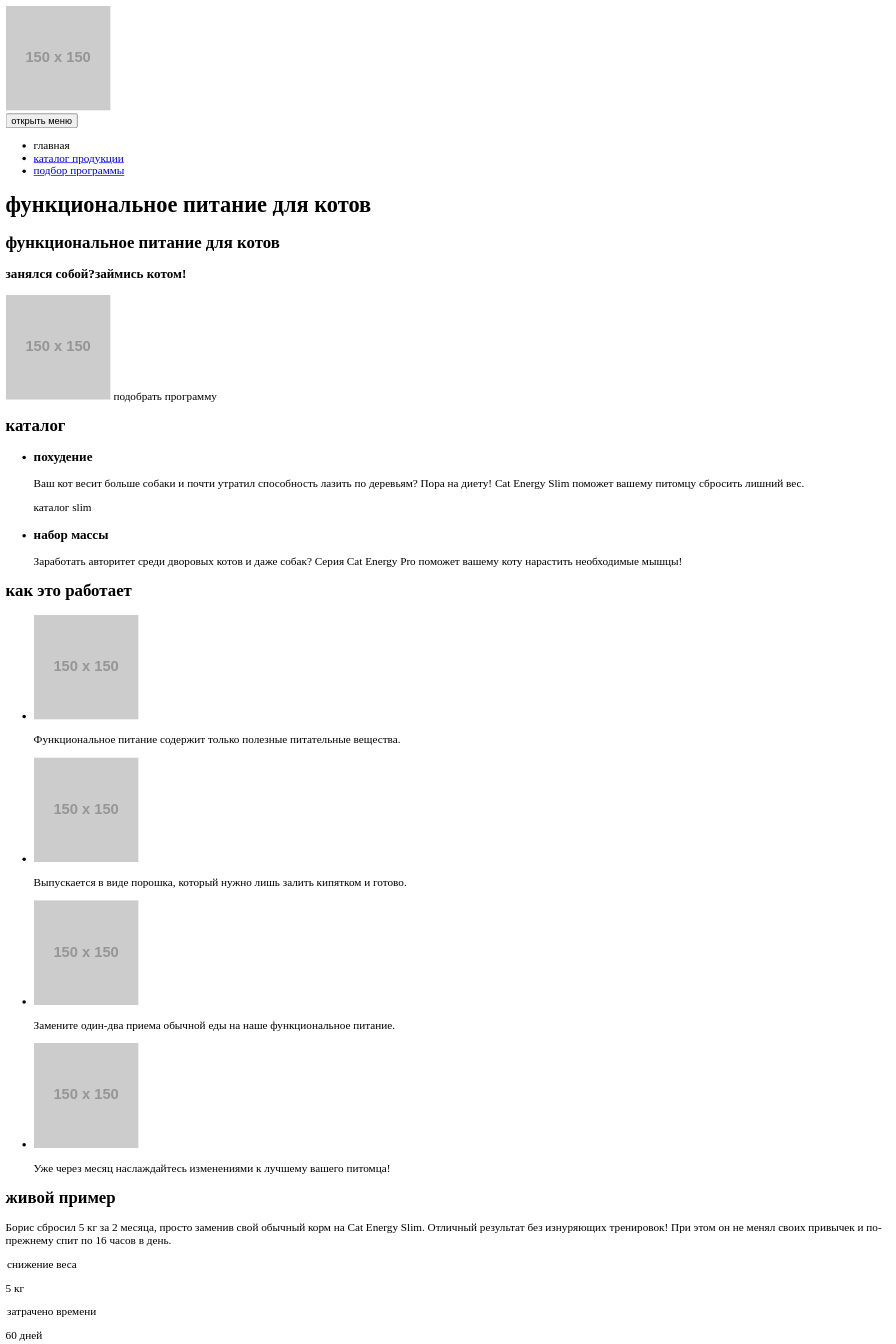
Repository: svetlana2885/1411135-cat-energy-20
Page: source/index.html
An editor plug-in stored every save of this project. The page is shown before and after the next save, followed by the edit.
The browser window is 1280 px wide. The pictures show the part of the page from y = 0 to 1920 px (the page is 2767 px tall before and 2707 px after), at 70% of full size.

Above is the page before, as saved 2020-07-20 06:56:03.

### source/index.html
<!DOCTYPE html>
<html class="page" lang="ru">
  <head>
    <meta charset="UTF-8" />
    <title>Cat energy</title>
  </head>
  <body class="page__body">
    <header class="page-header">
      <div class="logo">
        <a class="page-header__logo">
          <img
            class="pade-header__img"
            src="src=https://via.placeholder.com/150x150"
            alt="логотип"
          />
        </a>
      </div>
      <nav class="main-nav">
        <button class="main-nav__toggle" type="button">
          <span class="visually-hidden"> открыть меню </span>
        </button>
        <div class="main-nav__wrapper">
          <ul class="main-nav__list site-list">
            <li class="site-list__item site-list__item--active">
              главная
            </li>
            <li class="site-list__item">
              <a href="catalog.html">
                каталог продукции
              </a>
            </li>
            <li class="site-list__item">
              <a href="form.html">
                подбор программы
              </a>
            </li>
          </ul>
        </div>
      </nav>
    </header>
    <main class="page-main">
      <h1 class="visually-hidden">функциональное питание для котов</h1>
      <section class="promo">
        <h2 class="promo__text">функциональное питание для котов</h2>
        <h3 class="promo__caption">занялся собой?займись котом!</h3>
        <img class="promo__img" src="src=https://via.placeholder.com/150x150" alt="логотип" />
        <a class="promo__button">подобрать программу</a>
      </section>
      <section class="catalog">
        <h2 class="visually-hidden">каталог</h2>
        <ul class="catalog-list">
          <li class="catalog__tem catalog__tem--slim">
            <h3 class="catalog__title">похудение</h3>
            <p class="catalo__discription">
              Ваш кот весит больше собаки и почти утратил способность лазить по деревьям? Пора на
              диету! Cat Energy Slim поможет вашему питомцу сбросить лишний вес.
            </p>
            <a class="catalo__link">каталог slim</a>
          </li>
          <li class="catalog__tem advatage__item--weight">
            <h3 class="catalog__title">набор массы</h3>
            <p class="catalo__discription">
              Заработать авторитет среди дворовых котов и даже собак? Серия Cat Energy Pro поможет
              вашему коту нарастить необходимые мышцы!
            </p>
            <a class="catalo__link" каталог pro></a>
          </li>
        </ul>
      </section>
      <section class="advantages">
        <h2 class="advantages__title">как это работает</h2>
        <ul class="advantage__list">
          <li class="advantage__item">
            <img
              class="advantage__item--img"
              src="rc=https://via.placeholder.com/150x150"
              alt="лист"
            />
            <p class="advantage__item--text">
              Функциональное питание содержит только полезные питательные вещества.
            </p>
          </li>
          <li class="advantage-item">
            <img src="rc=https://via.placeholder.com/150x150" alt="вода" />
            <p class="advantage__item--text">
              Выпускается в виде порошка, который нужно лишь залить кипятком и готово.
            </p>
          </li>
          <li class="advantage-item">
            <img src="rc=https://via.placeholder.com/150x150" alt="еда" />
            <p class="advantage__item--text">
              Замените один-два приема обычной еды на наше функциональное питание.
            </p>
          </li>
          <li class="advantage-item">
            <img src="rc=https://via.placeholder.com/150x150" alt="время" />
            <p class="advantage__item--text">
              Уже через месяц наслаждайтесь изменениями к лучшему вашего питомца!
            </p>
          </li>
        </ul>
      </section>
      <section class="sample">
        <h2 class="subtitle">живой пример</h2>
        <p class="subtitle__text">
          Борис сбросил 5 кг за 2 месяца, просто заменив свой обычный корм на Cat Energy Slim.
          Отличный результат без изнуряющих тренировок! При этом он не менял своих привычек и
          по-прежнему спит по 16 часов в день.
        </p>
        <legend class="slogan">снижение веса</legend>
        <p class="slogan__text">5 кг</p>
        <legend>затрачено времени</legend>
        <p class="slogan__text">60 дней</p>
        <p class="sloga__subtitle">Затраты на питание: 15 000 РУБ.</p>
        <img class="sampl__img__fat" src="rc=https://via.placeholder.com/150x150" alt="кот" />
        <img class="sample__img__slim" src="rc=https://via.placeholder.com/150x150" alt="кот" />
        <button class="toggle" type="button">было</button>
        <button class="toggle" type="button">стало</button>
      </section>
      <div class="contact">
        <p class="contact__title">приглашаем к сотрудничеству дилеров!</p>
        <p class="contact__text">ул. Большая Конюшенная, д. 19/8 Санкт-Петербург</p>
      </div>
      <div class="map">
        <iframe
          src="https://www.google.com/maps/embed?pb=!1m18!1m12!1m3!1d1998.6037999040354!2d30.322010416394033!3d59.938716271971415!2m3!1f0!2f0!3f0!3m2!1i1024!2i768!4f13.1!3m3!1m2!1s0x4696310fca5ba729%3A0xea9c53d4493c879f!2sBolshaya+Konyushennaya+ul.%2C+19%2C+Sankt-Peterburg%2C+Russia%2C+191186!5e0!3m2!1sen!2s!4v1441888483426"
          allowfullscreen
          title="Офис компании по адресу ул. Большая Конюшенная 19/8, Санкт-Петербург"
        ></iframe>
      </div>
      <footer class="page-footer">
        <div class="page-footer__social">
          <img class="img__logo" src="rc=https://via.placeholder.com/150x150" alt="логотип" />
          <ul class="social__list">
            <li class="social__item">
              <a class="social__link social__link--vkontakte" href="https://vk.com/htmlacademy"
                >Мы в Вконтакте</a
              >
            </li>
            <li class="social__item">
              <a
                class="social__link social__link--facebook"
                href="https://www.facebook.com/htmlacademy"
                >Мы в Фейсбуке</a
              >
            </li>
            <li class="social__item">
              <a
                class="social__link social__link--instagram"
                href="https://www.instagram.com/htmlacademy"
                >Мы в Инстаграме</a
              >
            </li>
          </ul>
        </div>
        <div class="page-footer__copyright copyright">
          <a class="copyright__link" href="https://htmlacademy.ru/intensive/adaptive"
            >HTML Academy</a
          >
          <img class="copyright__img" src="rc=https://via.placeholder.com/150x150" alt="логотип" />
        </div>
      </footer>
    </main>
  </body>
</html>

After the next save:
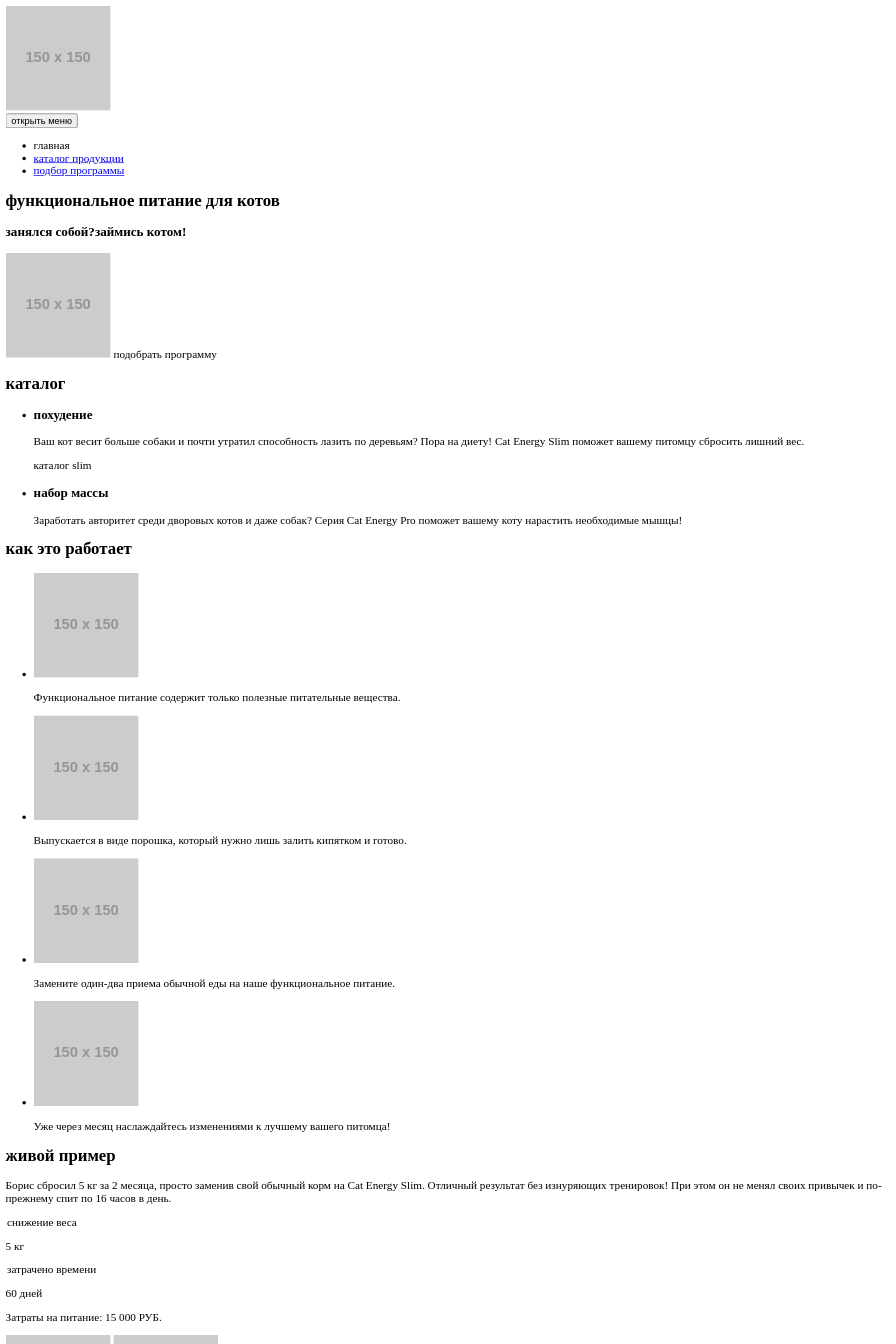
Saved 5 min 35 s later.
--- a/source/index.html
+++ b/source/index.html
@@ -39,9 +39,8 @@
       </nav>
     </header>
     <main class="page-main">
-      <h1 class="visually-hidden">функциональное питание для котов</h1>
       <section class="promo">
-        <h2 class="promo__text">функциональное питание для котов</h2>
+        <h1 class="promo__text">функциональное питание для котов</h1>
         <h3 class="promo__caption">занялся собой?займись котом!</h3>
         <img class="promo__img" src="src=https://via.placeholder.com/150x150" alt="логотип" />
         <a class="promo__button">подобрать программу</a>
